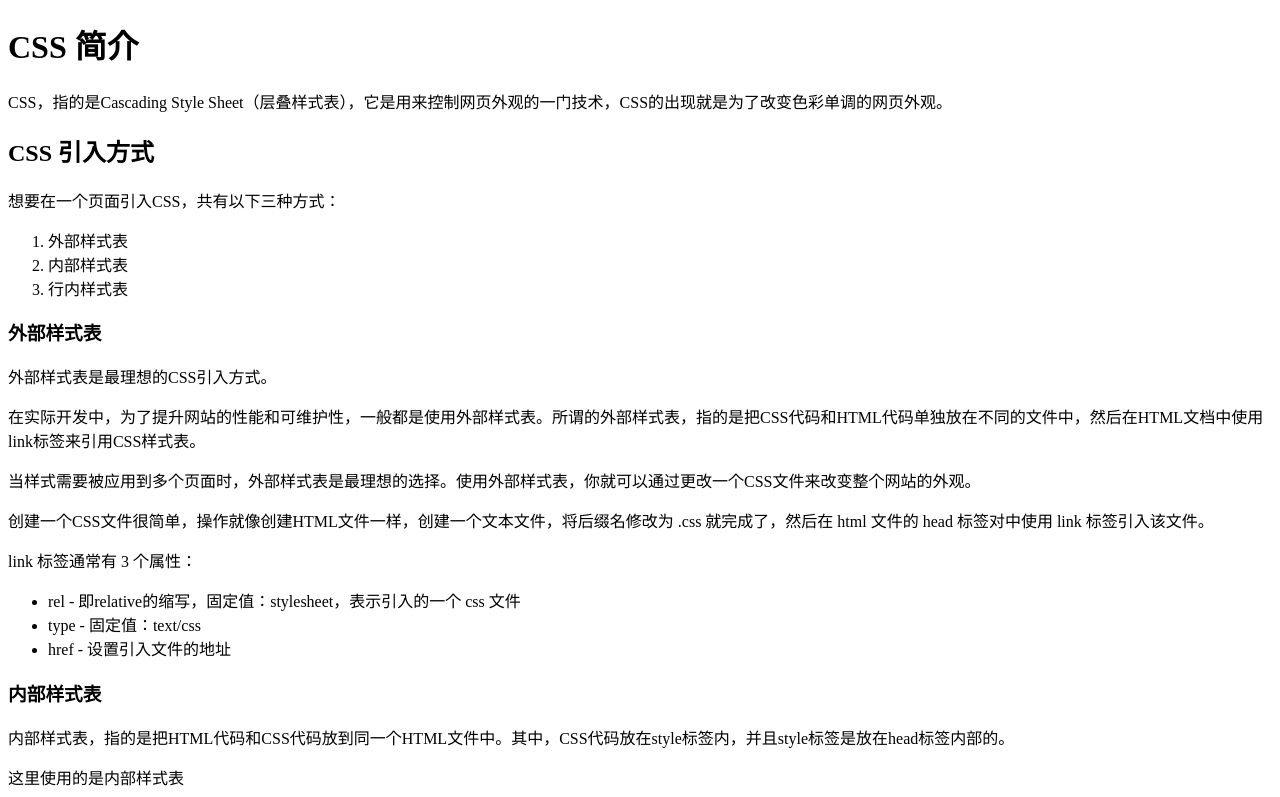
Repository: liang-n/front-end-basics
Page: 11-CSS简介.html
An editor plug-in stored every save of this project. The page is shown before and after the next save, followed by the edit.
The browser window is 1280 px wide. The pictures show the whole page.

Above is the page before, as saved 2022-05-15 22:48:49.

After the next save:
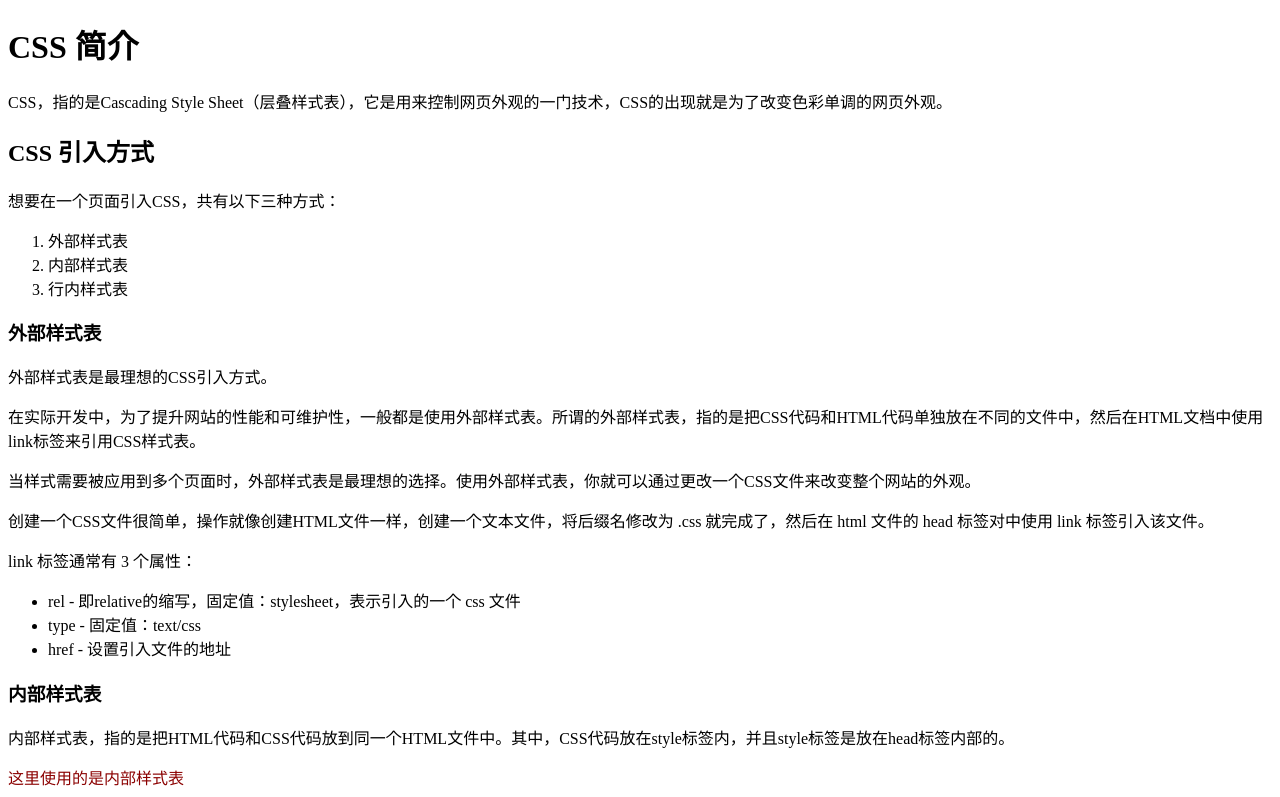
Saved 13 s later.
--- a/11-CSS简介.html
+++ b/11-CSS简介.html
@@ -10,7 +10,7 @@
     <!--style 标签示例-->
     <style type="text/css">
         div {
-            color:
+            color: darkred
         }
     </style>
 </head>
